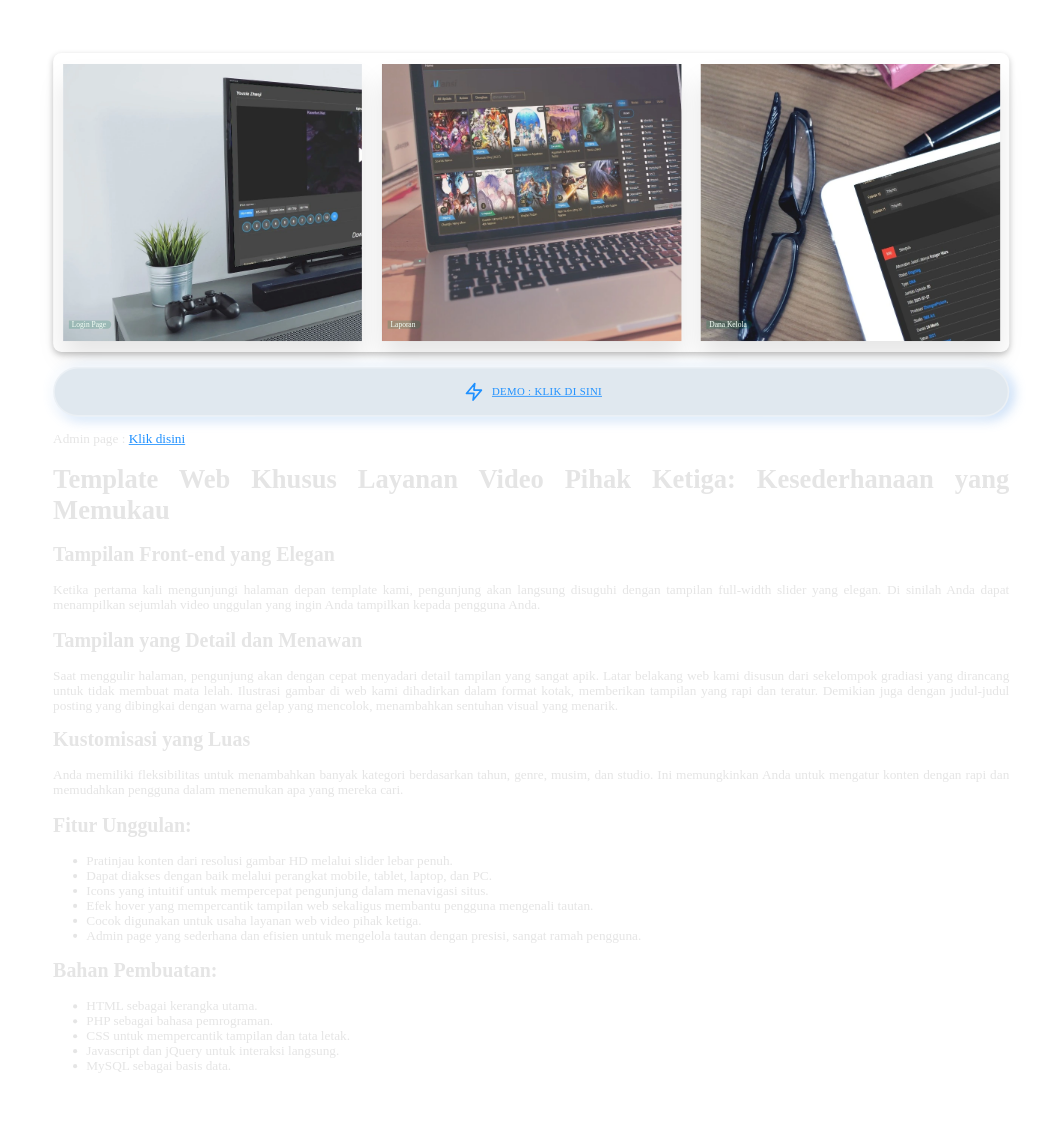
Repository: yusup-maulana/yusup-maulana.github.io
Page: portofolio-webanime.html
The author's editor kept a copy of each file at every save. The page is drawn from the files as they stood at one save, then again after the next save.
The browser window is 1280 px wide. The pictures show the whole page, at 83% of full size.
Some web fonts or font styles are not loaded; a fallback is used.

Above is the page before, as saved 2023-10-06 21:48:01.

After the next save:
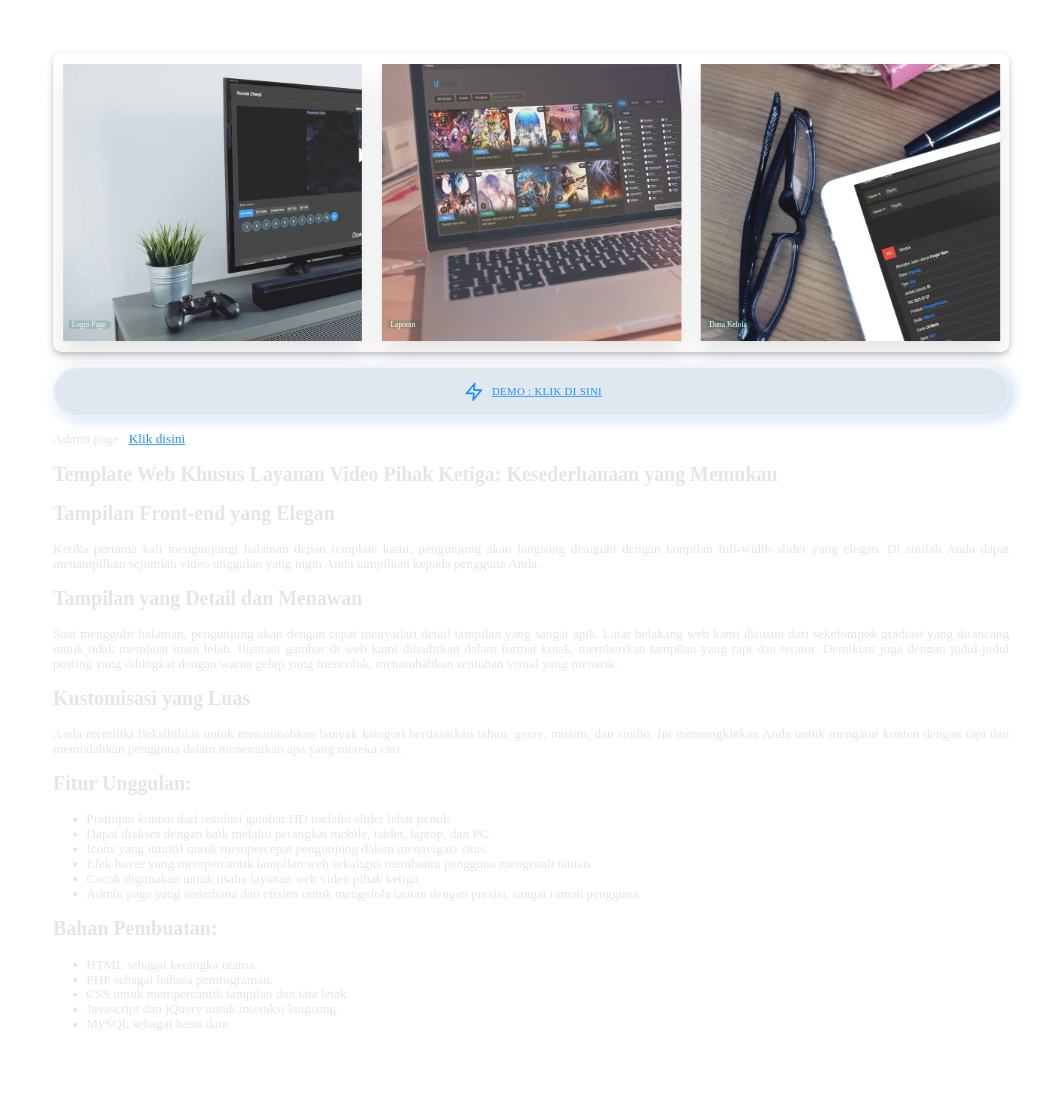
Saved 52 s later.
--- a/portofolio-webanime.html
+++ b/portofolio-webanime.html
@@ -176,9 +176,9 @@
     >Klik disini</a
   >
   <header>
-    <h1>
+    <h2>
       Template Web Khusus Layanan Video Pihak Ketiga: Kesederhanaan yang Memukau
-    </h1>
+    </h2>
   </header>
 
   <section>
